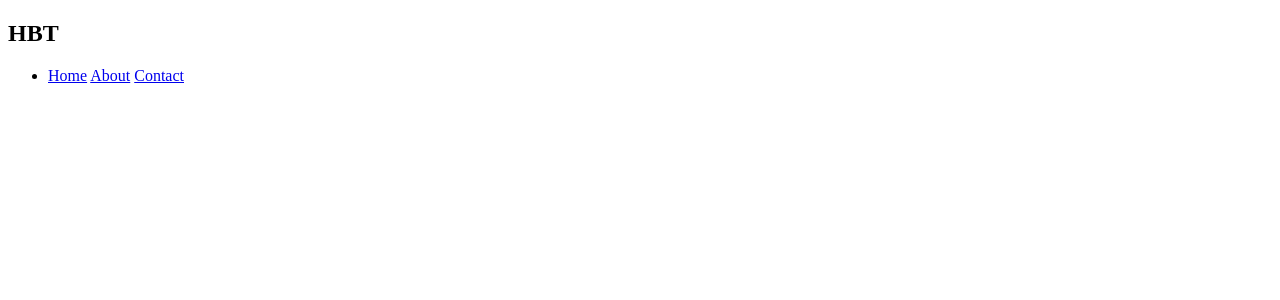
Repository: minhtien9/hotel-website
Page: index.html
The author's editor kept a copy of each file at every save. The page is drawn from the files as they stood at one save, then again after the next save.
The browser window is 1280 px wide. The pictures show the whole page.

Above is the page before, as saved 2021-08-14 09:58:25.

After the next save:
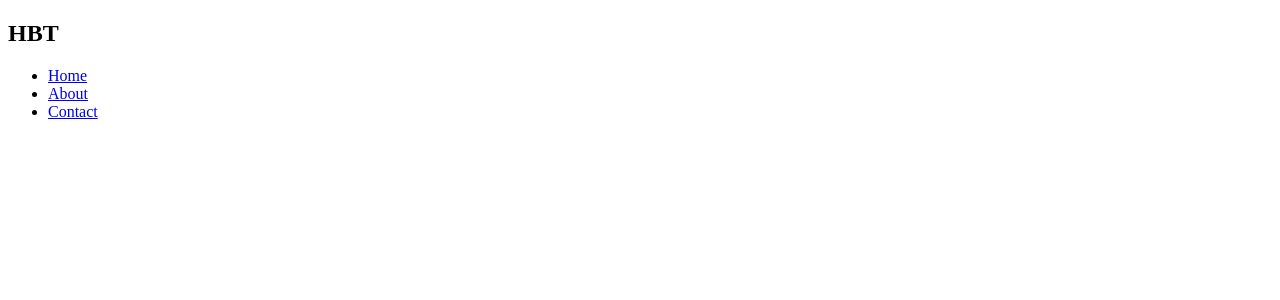
Saved 62 s later.
--- a/index.html
+++ b/index.html
@@ -19,9 +19,9 @@
             <ul>
                 <li>
                     <a href="index.html">Home</a>
-                    <a href="about.html">About</a>
-                    <a href="contact.html">Contact</a>
                 </li>
+                <li><a href="about.html">About</a></li>
+                <li><a href="contact.html">Contact</a></li>
             </ul>
         </nav>
     </header>
